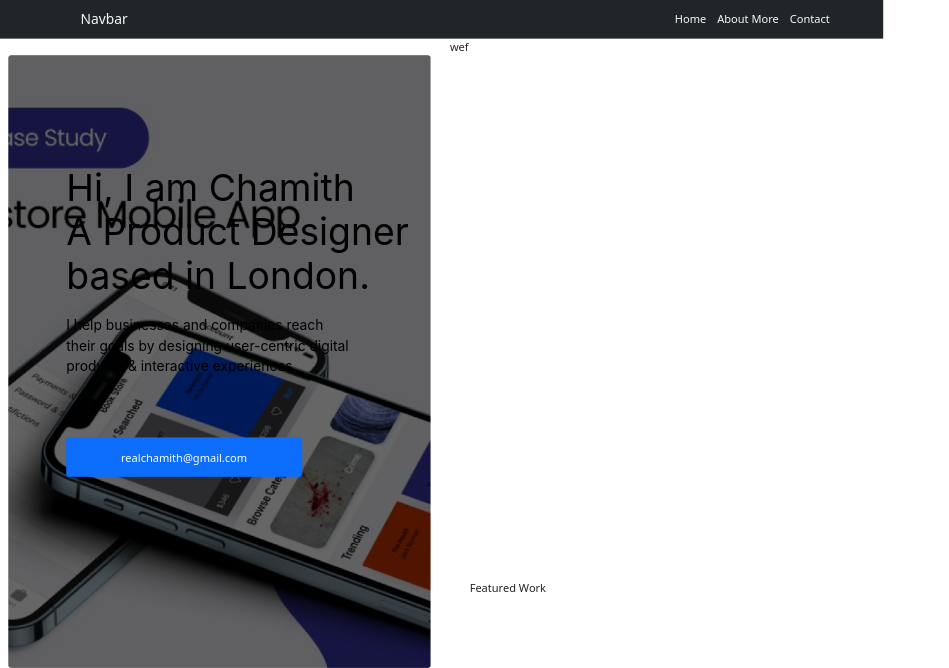
Repository: Realchamithweb/chamith-html
Page: index.html
The author's editor kept a copy of each file at every save. The page is drawn from the files as they stood at one save, then again after the next save.
The browser window is 1280 px wide. The page is 1376 px wide, so the pictures cover 1376 px, including what lies to the right of the window. The pictures show the whole page, at 69% of full size.

Above is the page before, as saved 2023-01-04 09:19:38.

### index.html
<!doctype html>
<html lang="en">
  <head>
    <!-- Required meta tags -->
    <meta charset="utf-8">
    <meta name="viewport" content="width=device-width, initial-scale=1">
    <link rel="stylesheet" href="/css/style.css">
    <!-- Bootstrap CSS -->
    <link href="https://cdn.jsdelivr.net/npm/bootstrap@5.0.2/dist/css/bootstrap.min.css" rel="stylesheet" integrity="sha384-EVSTQN3/azprG1Anm3QDgpJLIm9Nao0Yz1ztcQTwFspd3yD65VohhpuuCOmLASjC" crossorigin="anonymous">

    <title>Hello, world!</title>
  </head>
  <body>
        <div class="head">
            <nav class="navbar navbar-expand-lg navbar-light bg-dark">
                <div class="container-fluid">
                    <div class="col-md-1"></div>
                <a class="navbar-brand col-md-8 text-light" href="#">Navbar</a>
                <button class="navbar-toggler" type="button" data-bs-toggle="collapse" data-bs-target="#navbarNavDropdown" aria-controls="navbarNavDropdown" aria-expanded="false" aria-label="Toggle navigation">
                    <span class="navbar-toggler-icon"></span>
                </button>
                <div class="collapse navbar-collapse" id="navbarNavDropdown">
                    <ul class="navbar-nav">
                    <li class="nav-item">
                        <a class="nav-link active text-light" aria-current="page" href="#">Home</a>
                    </li>
                    <li class="nav-item">
                        <a class="nav-link text-light" href="about-more.html">About More</a>
                    </li>
                    <li class="nav-item">
                        <a class="nav-link text-light" href="contact.html">Contact</a>
                    </li>
                    </ul>
                </div>
                </div>
            </nav>
        </div>

        <section>
        <div class="hero">
            <div class="container-fluid">
                <div class="row">
                    <div class="col-lg-6">
                        <p class="hero-title">Hi, I am Chamith<br>
                            A Product Designer<br>
                            based in London.
                        </p>
                        <p class="hero-text">
                            I help businesses and companies reach <br>
                            their goals by designing user-centric digital <br>
                            products & interactive experiences.
                        </p>
                        <button class="btn btn-primary hero-btn" type="button">realchamith@gmail.com</button>
                    </div>
                    <div class="col-lg-6">
    wef
                    </div>
                </div>
            </div>
        </div>
        </section>
        <section>
        <div class="Featured-Work">
            <div class="container-fluid">
                <div class="row">
                    <div class="f-row">
                        <p>Featured Work</p>
                    </div>
                    <div class="col-lg-6">
                        <img src="/inc/unsplash_mxPiMiz7KCo.png" class="img01">

                    </div>
                    <div class="col-lg-6"></div>
                </div>
            </div>
        </div>
        </section>




    <!-- Optional JavaScript; choose one of the two! -->

    <!-- Option 1: Bootstrap Bundle with Popper -->
    <script src="https://cdn.jsdelivr.net/npm/bootstrap@5.0.2/dist/js/bootstrap.bundle.min.js" integrity="sha384-MrcW6ZMFYlzcLA8Nl+NtUVF0sA7MsXsP1UyJoMp4YLEuNSfAP+JcXn/tWtIaxVXM" crossorigin="anonymous"></script>

    <!-- Option 2: Separate Popper and Bootstrap JS -->
    <!--
    <script src="https://cdn.jsdelivr.net/npm/@popperjs/core@2.9.2/dist/umd/popper.min.js" integrity="sha384-IQsoLXl5PILFhosVNubq5LC7Qb9DXgDA9i+tQ8Zj3iwWAwPtgFTxbJ8NT4GN1R8p" crossorigin="anonymous"></script>
    <script src="https://cdn.jsdelivr.net/npm/bootstrap@5.0.2/dist/js/bootstrap.min.js" integrity="sha384-cVKIPhGWiC2Al4u+LWgxfKTRIcfu0JTxR+EQDz/bgldoEyl4H0zUF0QKbrJ0EcQF" crossorigin="anonymous"></script>
    -->
  </body>
</html>

### css/style.css
.hero-title{
    position: absolute;
    width: 824px;
    height: 192px;
    left: 96px;
    top: 240px;

    font-family: 'Inter';
    font-style: normal;
    font-weight: 400;
    font-size: 54px;
    line-height: 64px;
    color: #000000;
}

.hero-text{
    position: absolute;
    width: 824px;
    height: 90px;
    left: 96px;
    top: 456px;

    font-family: 'Inter';
    font-style: normal;
    font-weight: 400;
    font-size: 20px;
    line-height: 30px;
    /* or 150% */
    color: #000000
}

.hero-btn{
    box-sizing: border-box;
    position: absolute;
    width: 341.57px;
    height: 57px;
    left: 96px;
    top: 634px;

    background: #FFFFFF;
    border: 1px solid #000000;
    border-radius: 4px;
}

.f-row{
    display: flex;
    flex-direction: row;
    justify-content: center;
    align-items: center;
    padding: 8px;
    gap: 32px;

    position: absolute;
    height: 48px;
    left: 96px;
    top: 836px;
}

.img01{

}

After the next save:
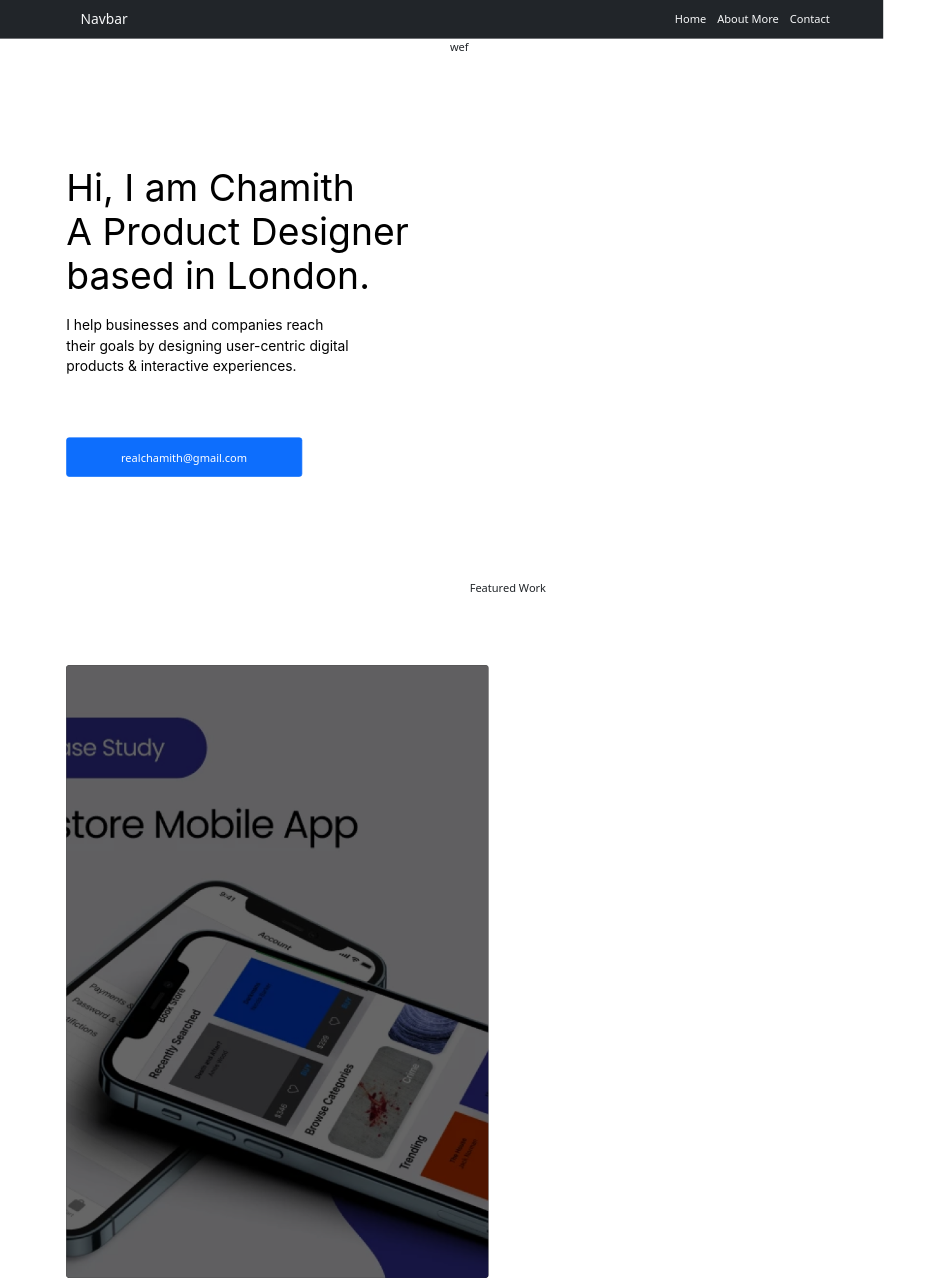
Not found: css/30da25127598721.Y3JvcCw4MDgsNjMyLDAsMA.png
Saved 7 s later.
--- a/css/style.css
+++ b/css/style.css
@@ -57,5 +57,12 @@
 }
 
 .img01{
+    position: absolute;
+width: 612px;
+height: 888px;
+left: 96px;
+top: 964px;
 
+background: linear-gradient(0deg, rgba(0, 0, 0, 0.6), rgba(0, 0, 0, 0.6)), url(30da25127598721.Y3JvcCw4MDgsNjMyLDAsMA.png), #292929;
+border-radius: 4px;
 }
